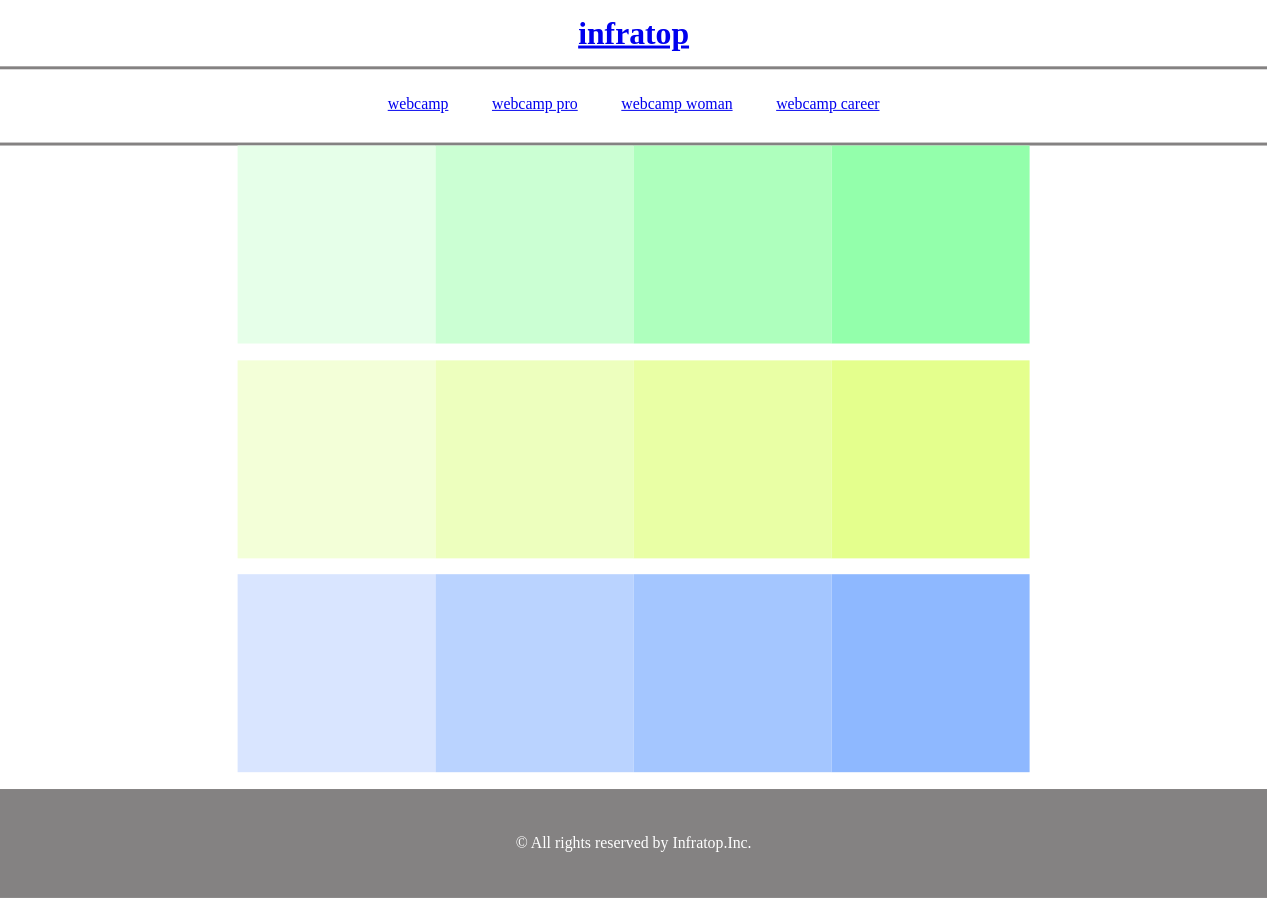
Repository: Souax/prac_20231021
Page: Chapter5/5.html
The author's editor kept a record of every edit. The page is drawn from the files as they stood at one moment, then again after the next edit.
The browser window is 1280 px wide. The pictures show the whole page, at 99% of full size.

Above is the page before.

### Chapter5/5.html
<!DOCTYPE html>
<html lang="ja">

  <head>
  <meta charset="UTF-8">
  <link rel="stylesheet" href="5.css">
  <title>5章</title>
  </head>

  <boody>
    <header>
      <h1 class="heading">
        <a href="5.html">
          infratop
        </a>
      </h1>
    </header>

    <nav>
      <ul class="nav-list">
        <li class="nav-list-item">
          <a href="5.html">webcamp</a>
        </li>
        <li class="nav-list-item">
          <a href="5.html">webcamp pro</a>
        </li>
        <li class="nav-list-item">
          <a href="5.html">webcamp woman</a>
        </li>
        <li class="nav-list-item">
          <a href="5.html">webcamp career</a>
        </li>
      </ul>
    </nav>

    <main>
    <div class="box1"></div>
    <div class="box2"></div>
    <div class="box3"></div>
    <div class="box4"></div>
    <div class="box5"></div>
    <div class="box6"></div>
    <div class="box7"></div>
    <div class="box8"></div>
    <div class="box9"></div>
    <div class="box10"></div>
    <div class="box11"></div>
    <div class="box12"></div>
    </main>

    <footer>
      <p class="footer-text">© All rights reserved by Infratop.Inc.</p>
    </footer>
  </boody>
</html>

### Chapter5/5.css
*{
  margin:0;
  padding:0;
  box-sizing:border-box;
}

header{
  width:90%;
  padding:15px 0;
  margin:0 auto;
  text-align:center;
}

header .heading{
  font-size:32px;
}


nav{
  width:100%;
  height:80px;
  border-top:solid #848282;
  border-bottom:solid #848282;
}

.nav-list{
  text-align:center;
  padding:15px 0;
  margin:0 auto;
  line-height:40px;
}

.nav-list-item{
  list-style:none;
  display:inline-block;
  margin:0 20px;
}

main{
  width:800px;
  height:650px;
  margin:0 auto;
  display:flex;
  flex-direction:row;
  flex-wrap: wrap;
}

.box1 {
  width: 200px;
  height: 200px;
  background-color: #e6ffe9;
}

.box2 {
  width: 200px;
  height: 200px;
  background-color: #cbffd3;
}

.box3 {
  width: 200px;
  height: 200px;
  background-color: #aeffbd;
}

.box4 {
  width: 200px;
  height: 200px;
  background-color: #93ffab;
}

.box5 {
  width: 200px;
  height: 200px;
  background-color: #f3ffd8;
}

.box6 {
  width:200px;
  height: 200px;
  background-color: #edffbe;
}

.box7 {
  width: 200px;
  height: 200px;
  background-color: #e9ffa5;
}

.box8 {
  width: 200px;
  height: 200px;
  background-color: #e4ff8d;
}

.box9 {
  width: 200px;
  height: 200px;
  background-color: #d9e5ff;
}

.box10 {
  width: 200px;
  height: 200px;
  background-color: #bad3ff;
}

.box11 {
  width: 200px;
  height: 200px;
  background-color: #a4c6ff;
}

.box12 {
  width: 200px;
  height: 200px;
  background-color: #8eb8ff;
}

footer{
  width:100%;
  height:110px;
  text-align:center;
  line-height:110px;
  background-color:#848282;
}

.footer-text{
  color:#fff;
}

After the next edit:
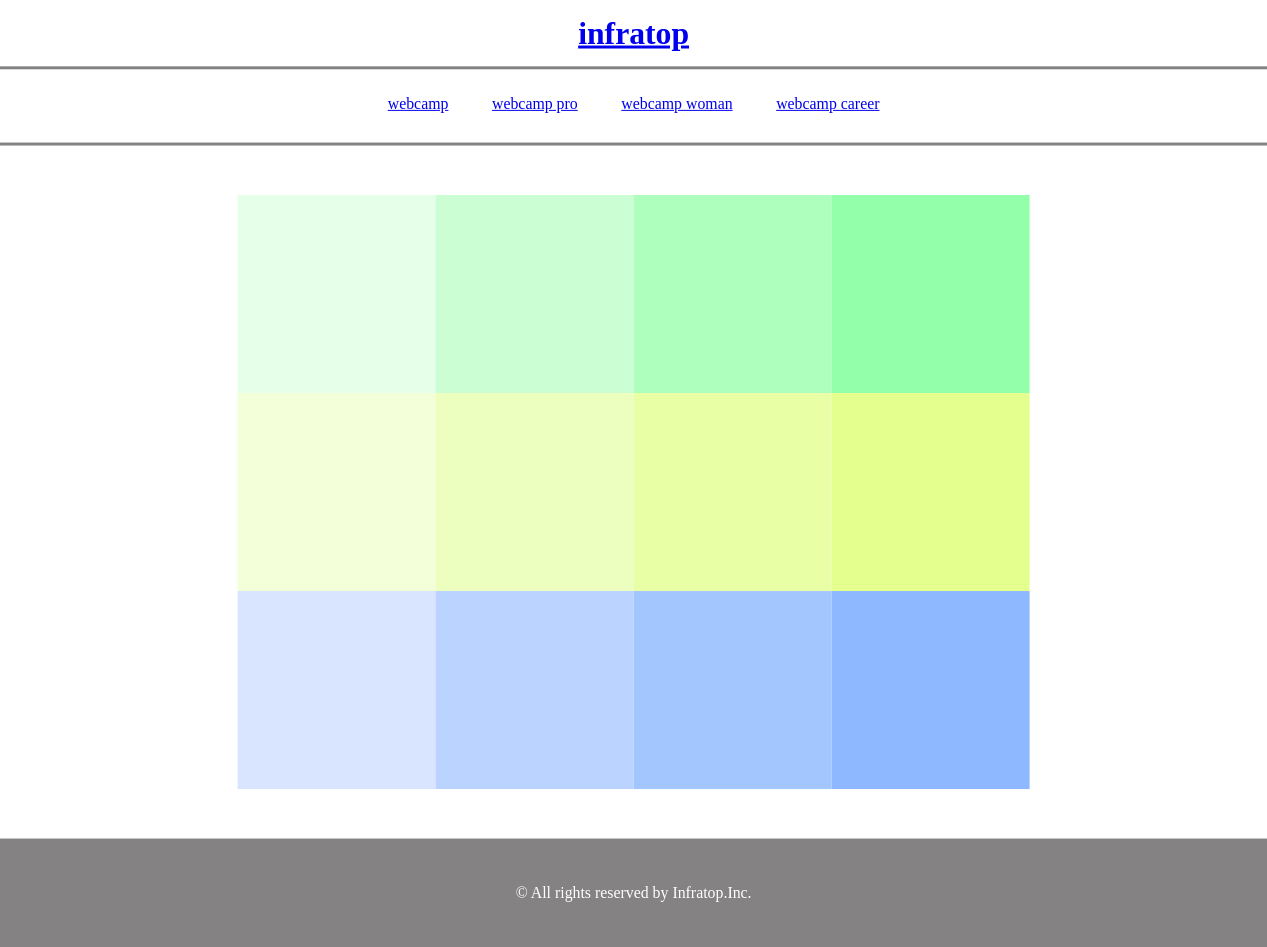
The edit:
--- a/Chapter5/5.css
+++ b/Chapter5/5.css
@@ -38,8 +38,7 @@
 
 main{
   width:800px;
-  height:650px;
-  margin:0 auto;
+  margin:50px auto;
   display:flex;
   flex-direction:row;
   flex-wrap: wrap;
